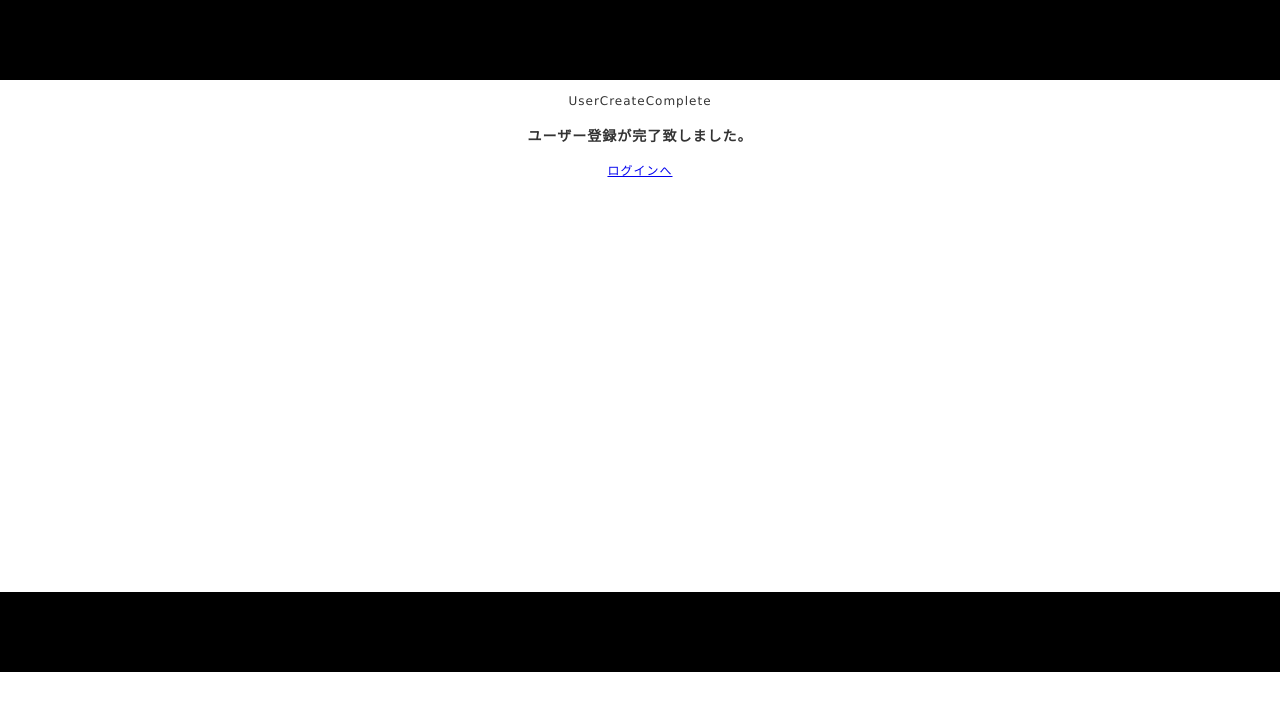
Repository: RyunosukeSaiga0816/test
Page: http://localhost/ecsite/userCreateComplete.jsp
An editor plug-in stored every save of this project. The page is shown before and after the next save, followed by the edit.
The browser window is 1280 px wide. The pictures show the whole page.
The page is served by Tomcat 9.

Above is the page before, as saved 2018-07-26 05:26:40.

After the next save:
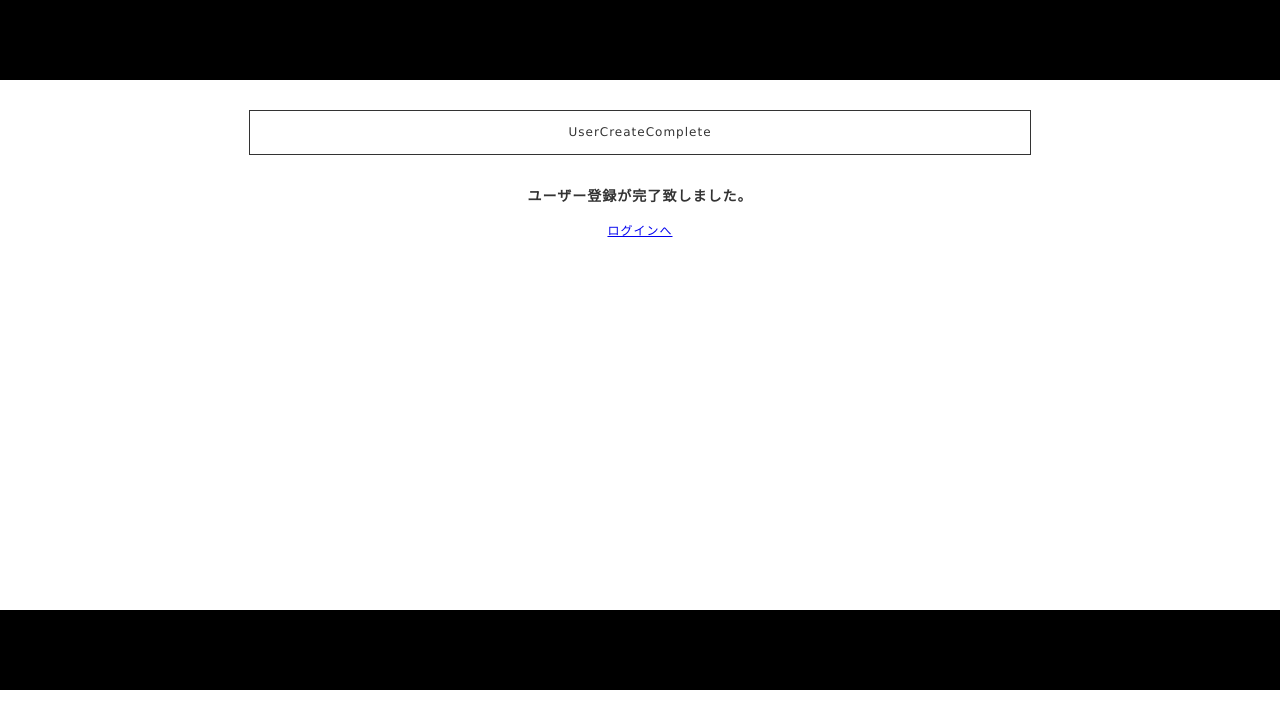
Saved 11 min 55 s later.
--- a/ecsite/WebContent/userCreateComplete.jsp
+++ b/ecsite/WebContent/userCreateComplete.jsp
@@ -27,6 +27,13 @@
 			}
 			table{
 				text-align:center;
+				margin:30px auto;
+				border:1px solid #333;
+			}
+
+			/*========ID LAYOUT========*/
+			#top{
+				width:780px;
 				margin:30px auto;
 				border:1px solid #333;
 			}
